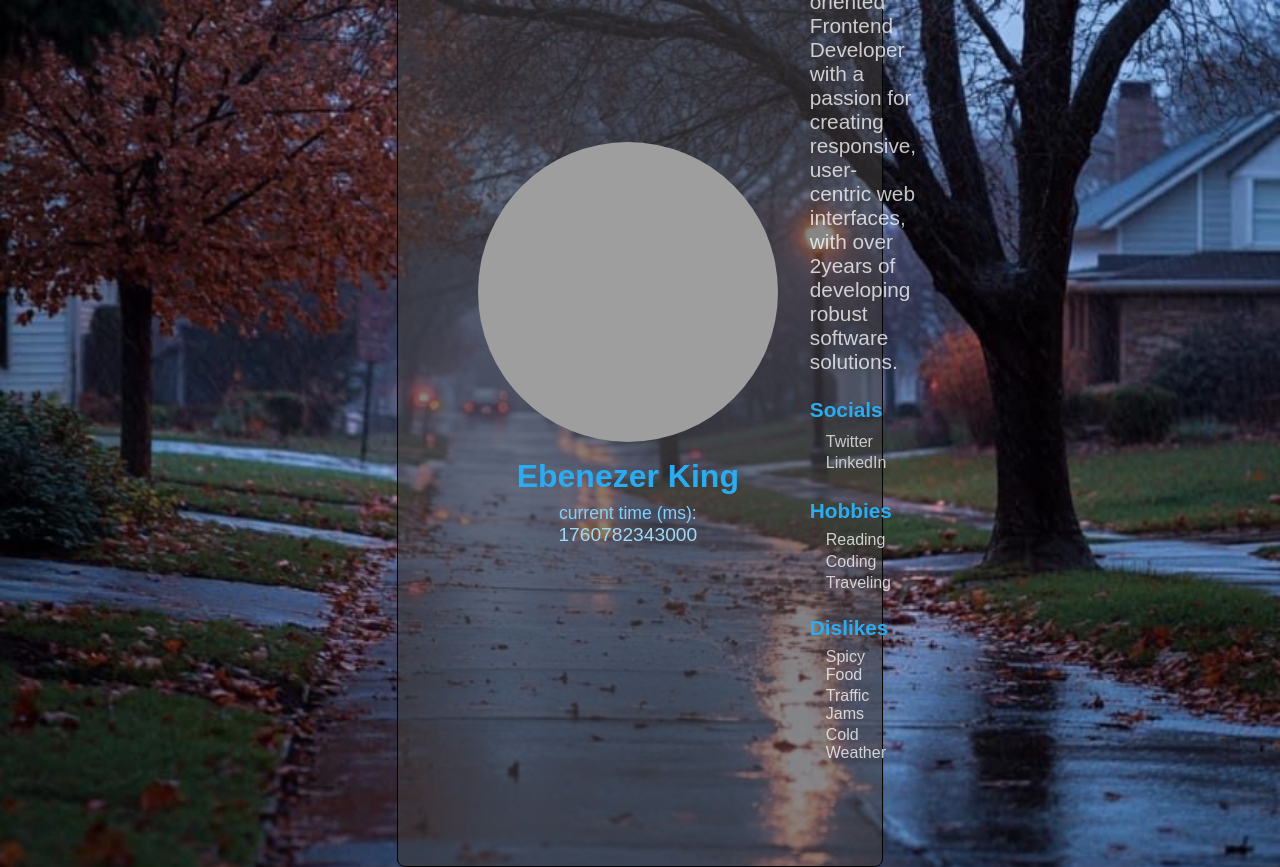
Repository: ebenezertiewei/profileCard
Page: index.html
These files come from the project's save history. The page is drawn as it stood at one moment and after a run of saves; the edit follows.
The browser window is 1280 px wide. The pictures show the whole page.
Pictures or frames that could not be fetched are drawn as grey boxes.

Above is the page before, as saved 2025-10-18 12:09:05.

### index.html
<!DOCTYPE html>
<html lang="en">
	<head>
		<meta charset="UTF-8" />
		<meta name="viewport" content="width=device-width, initial-scale=1.0" />
		<title>Profile Card</title>
		<link rel="stylesheet" href="style.css" />
	</head>
	<body>
		<!--------------------------------- PROFILE CARD CONTAINER ---------------------------->
		<article data-testid="test-profile-card">
			<h1 class="sr"></h1>
			<!---------------------------------- PROFILE HEADER ---------------------------->
			<section id="profileHeader" data-testid="test-profile-header">
				<figure>
					<img
						src="https://ca.slack-edge.com/T09AMR8A9C3-U09L73CQQ2K-7e805defcf15-512"
						alt="Profile Avatar"
						data-testid="test-user-avatar"
						id="profileAvatar"
					/>
					<!-- <figcaption>Ebenezer King</figcaption> -->
				</figure>
				<!----------- user name ----------->
				<h2 data-testid="test-user-name">Ebenezer King</h2>
				<!----------- current time----------->
				<span data-testid="test-user-time-header" class="time-header">
					current time (ms):
					<p data-testid="test-user-time"></p>
				</span>
			</section>
			<!---------------------------------- PROFILE DETAILS ---------------------------->
			<section id="profileDetails" data-testid="test-profile-details">
				<h3 data-testid="test-user-bio-header" class="bio-header">Bio</h3>
				<p data-testid="test-user-bio">
					A detail-oriented Frontend Developer with a passion for creating
					responsive, user-centric web interfaces, with over 2years of
					developing robust software solutions.
				</p>
				<!--------------------- social links ------------->
				<h3
					data-testid="test-user-social-links-header"
					class="social-links-header"
				>
					Socials
				</h3>
				<nav data-testid="test-user-social-links">
					<ul>
						<li>
							<a
								href="https://x.com/txch_king?s=11&t=o3w1r65yzU2hxbP-LDD1ug"
								target="_blank"
								rel="noopener noreferrer"
								data-testid="test-user-social-twitter"
							>
								Twitter
							</a>
						</li>
						<li>
							<a
								href="https://www.linkedin.com/in/ebenezer-t-093b21320/"
								target="_blank"
								rel="noopener noreferrer"
								data-testid="test-user-social-linkedin"
							>
								LinkedIn
							</a>
						</li>
					</ul>
				</nav>
				<!--------------------- hobbies ------------->
				<section data-testid="test-user-hobbies">
					<h3 data-testid="test-user-hobbies-header" class="hobbies-header">
						Hobbies
					</h3>
					<ul>
						<li>Reading</li>
						<li>Coding</li>
						<li>Traveling</li>
					</ul>
				</section>
				<!--------------------- dislikes ------------->
				<section data-testid="test-user-dislikes">
					<h3 data-testid="test-user-dislikes-header" class="dislikes-header">
						Dislikes
					</h3>
					<ul>
						<li>Spicy Food</li>
						<li>Traffic Jams</li>
						<li>Cold Weather</li>
					</ul>
				</section>
			</section>
		</article>

		<!-- javascript link -->
		<script src="script.js"></script>
	</body>
</html>

### style.css
/* ---------------------------------------------------------------- */
/*--------------- Project body general style ---------------*/
html {
	width: 100dvw;
	font-family: Arial, sans-serif;
	font-size: 1rem;
	font-weight: 400;
}
body {
	background-color: #605a5a;
	background-image: url("./assets/states.jpg");
	background-size: cover;
	background-position: center;
	background-repeat: no-repeat;
	/* height: 100%; */
	width: 100%;
}
* {
	padding: 0;
	margin: 0;
	border: 0;
	box-sizing: border-box;
	outline: none;
}

/*--------------------------MOBILE WORKFLOW---------------------*/
/*--------------profile card container -------------------*/
article[data-testid="test-profile-card"] {
	/* height: 100%; */
	width: 100%;
	padding: 3rem 1rem;
	background-color: rgba(61, 58, 58, 0.6);
	color: rgba(255, 255, 255, 0.761);
	display: flex;
	flex-direction: column;
	align-items: center;
	border: 1px solid #020202;
	border-radius: 8px;
	box-shadow: 0 2px 4px rgba(0, 0, 0, 0.1);
}

/*-------------  PROFILE HEADER  -------------*/
#profileHeader {
	width: 100%;
	display: flex;
	flex-direction: column;
	padding: 1rem 0;
	/* background-color: orange; */
}
#profileHeader figure {
	display: flex;
	flex-direction: column;
	align-items: center;
	margin-bottom: 0.5rem;
}
/*------------- profile header image -------------*/
#profileHeader img {
	border-radius: 50%;
	width: 300px;
	height: 300px;
	object-fit: cover;
}
#avatarUpload::file-selector-button {
	background-color: rgba(61, 58, 58, 0.6);
	color: #a8a8a8;
	padding: 0.5rem 1rem;
	border: 1px solid #555555;
	border-radius: 6px;
	cursor: pointer;
	font-size: 0.9rem;
	transition: background 0.3s;
}
#avatarUpload::file-selector-button:hover {
	background-color: #45a049;
	color: black;
}
#avatarUpload {
	color: #a8a8a8;
}
#avatarUrl::placeholder {
	background-color: rgb(61, 58, 58);
	color: #a8a8a8;
}
#avatarUrl {
	/* color: #ccc; */
	padding: 0.5rem;
	background-color: rgb(61, 58, 58);
	border: 1px solid #555555;
	border-radius: 6px;
}
/*--------------profile name --------------*/
#profileHeader h2 {
	display: flex;
	justify-content: center;
	margin: 0.5rem 0;
	font-size: 2rem;
	font-weight: 600;
	color: #2aacf3;
}
/*-------------- current time --------------*/
#profileHeader span[data-testid="test-user-time-header"] {
	display: flex;
	flex-direction: column;
	justify-content: center;
	align-items: center;
	font-size: 1.1rem;
	margin-bottom: 1rem;
	color: #7ed2ff;
}
#profileHeader p[data-testid="test-user-time"] {
	margin-bottom: 1rem;
	font-size: 1.2rem;
	color: #a1d8f6;
}
/*--------------  PROFILE DETAILS  --------------*/
.bio-header {
	display: flex;
	flex-direction: column;
	justify-content: start;
	margin-bottom: 0.5rem;
	font-size: 1.3rem;
	color: #2aacf3;
}
#profileDetails p[data-testid="test-user-bio"] {
	font-size: 1.3rem;
	margin-bottom: 1.5rem;
}
/* ------------------ social links --------------- */
.social-links-header {
	display: flex;
	flex-direction: column;
	justify-content: start;
	margin-bottom: 0.5rem;
	font-size: 1.3rem;
	color: #2aacf3;
}
#profileDetails nav[data-testid="test-user-social-links"] {
	display: flex;
	flex-direction: column;
	justify-content: start;
	margin-bottom: 1.5rem;
}
#profileDetails nav[data-testid="test-user-social-links"] ul {
	list-style: none;
}
#profileDetails nav[data-testid="test-user-social-links"] li {
	margin: 0.2rem 1rem;
}
#profileDetails nav[data-testid="test-user-social-links"] a {
	color: #ccc;
	text-decoration: none;
}
#profileDetails nav[data-testid="test-user-social-links"] a:hover {
	text-decoration: underline;
}
/* ------------------ hobbies --------------- */
.hobbies-header {
	display: flex;
	flex-direction: column;
	justify-content: start;
	margin-bottom: 0.5rem;
	font-size: 1.3rem;
	color: #2aacf3;
}
#profileDetails section[data-testid="test-user-hobbies"] ul {
	list-style: none;
	margin-bottom: 1.5rem;
}
#profileDetails section[data-testid="test-user-hobbies"] li {
	margin: 0.2rem 1rem;
}
/* ------------------ dislikes --------------- */
.dislikes-header {
	display: flex;
	flex-direction: column;
	justify-content: start;
	margin-bottom: 0.5rem;
	font-size: 1.3rem;
	color: #2aacf3;
}
#profileDetails section[data-testid="test-user-dislikes"] ul {
	list-style: none;
	margin-bottom: 1.5rem;
}
#profileDetails section[data-testid="test-user-dislikes"] li {
	margin: 0.2rem 1rem;
}

/* ---------------------------------- MEDIA QUERY ------------------------------- */
/* ------------------- tablet ------------------- */
@media (min-width: 768px) {
	html {
		height: 100dvh;
	}
	body {
		height: 100%;
		display: flex;
		justify-content: center;
		align-items: center;
		padding: 0 2rem;
	}
	article[data-testid="test-profile-card"] {
		display: flex;
		flex-direction: row;
		width: 100%;
		gap: 2rem;
	}
}
/* ------------------- desktop ------------------- */
@media (min-width: 1024px) {
	article[data-testid="test-profile-card"] {
		width: 40%;
		padding: 5rem 3rem;
	}
}

### script.js
// --------------------------------------------------------------------------
// ------------------- current time in milliseconds ----------
window.addEventListener("DOMContentLoaded", () => {
	const timeElement = document.querySelector('[data-testid="test-user-time"]');

	function updateTime() {
		const currentTime = Date.now();
		timeElement.textContent = currentTime;
	}

	updateTime();
	setInterval(updateTime, 100);
});

After the next 2 saves:
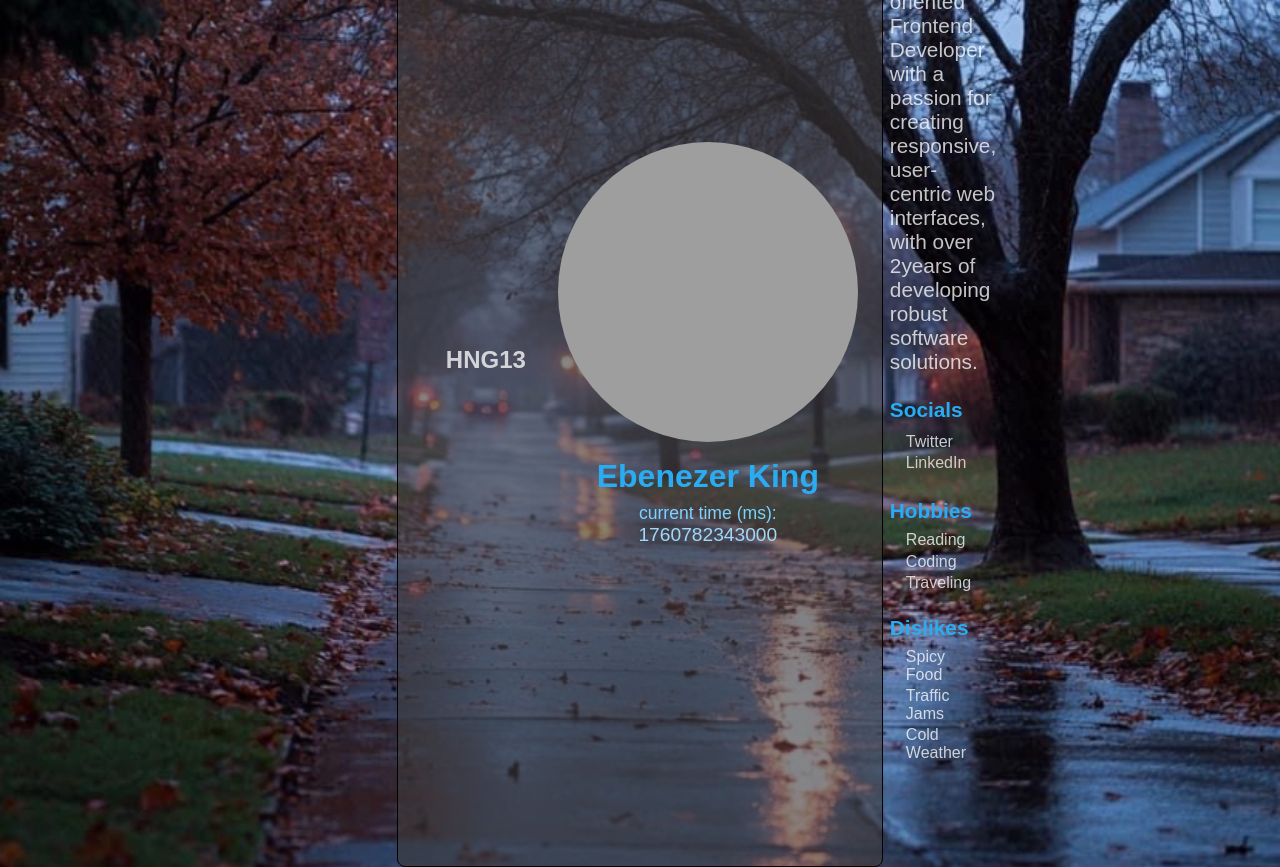
The 2 saves are shown as one change because they came seconds apart.
The last was saved 2 min 32 s later.
--- a/index.html
+++ b/index.html
@@ -9,7 +9,7 @@
 	<body>
 		<!--------------------------------- PROFILE CARD CONTAINER ---------------------------->
 		<article data-testid="test-profile-card">
-			<h1 class="sr"></h1>
+			<h1 class="sr">HNG13</h1>
 			<!---------------------------------- PROFILE HEADER ---------------------------->
 			<section id="profileHeader" data-testid="test-profile-header">
 				<figure>
